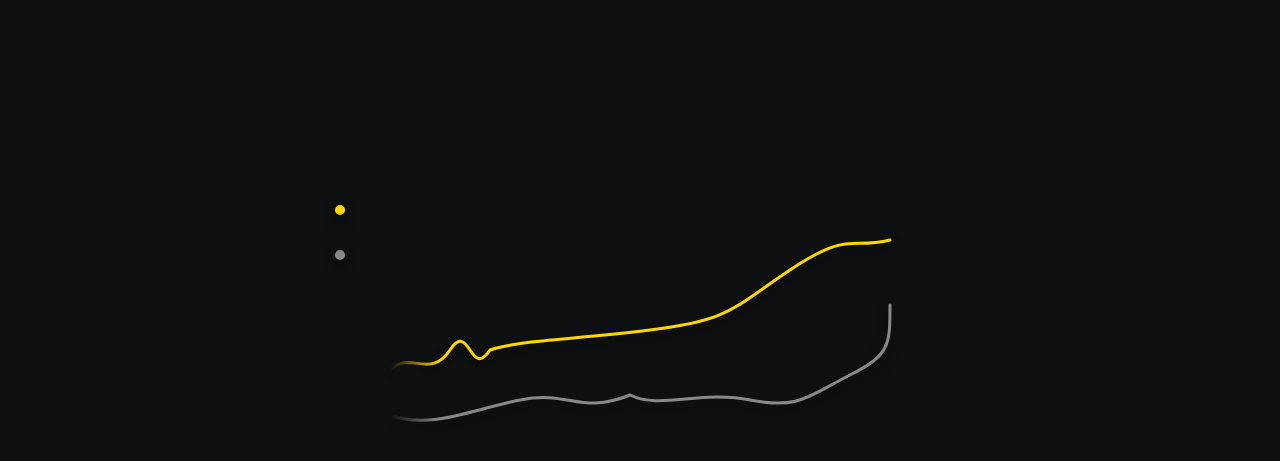
Repository: sujan0629/codelits-studio-new
Page: tesst.html
These files come from the project's save history. The page is drawn as it stood at one moment and after the next save; the edit follows.
The browser window is 1280 px wide. The pictures show the whole page.

Above is the page before, as saved 2025-07-09 19:01:06.

After the next save:
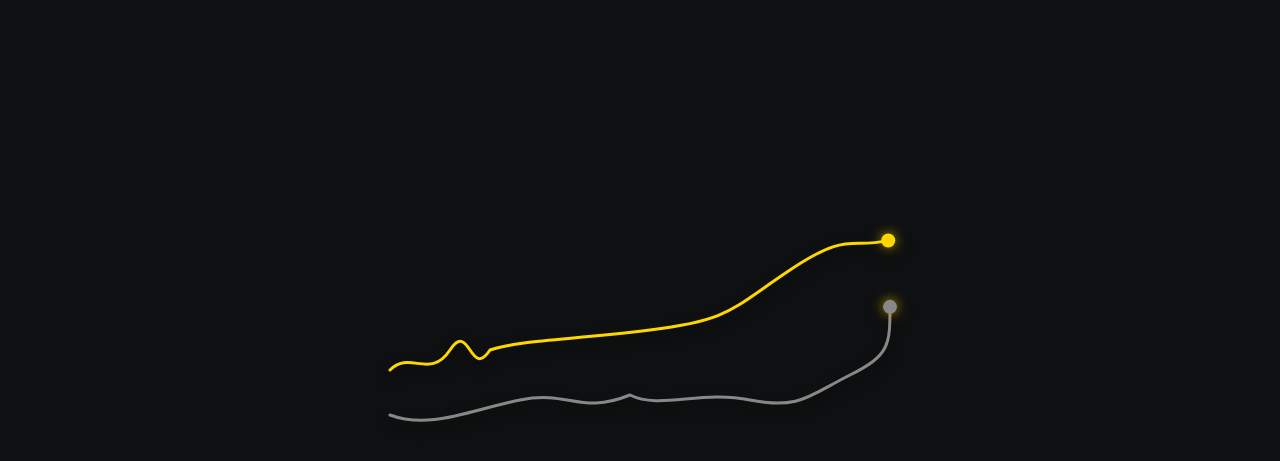
Saved 92 s later.
--- a/tesst.html
+++ b/tesst.html
@@ -3,7 +3,7 @@
 <head>
   <meta charset="UTF-8" />
   <meta name="viewport" content="width=device-width, initial-scale=1" />
-  <title>Graph with Snake Tail Taper Effect - Moving Balls</title>
+  <title>Line with ball attached to tip</title>
   <style>
     body {
       margin: 0;
@@ -13,14 +13,12 @@
       align-items: center;
       height: 100vh;
     }
-
     svg {
       width: 600px;
       height: 300px;
       overflow: visible;
       filter: drop-shadow(0 6px 6px rgba(0,0,0,0.6));
     }
-
     .grey-line, .gold-line {
       stroke-width: 3;
       fill: none;
@@ -28,66 +26,27 @@
       stroke-linecap: round;
       stroke-dasharray: 720;
       stroke-dashoffset: 720;
-      animation: drawLine 5s forwards ease-in-out;
-    }
-
-    .grey-line {
-      stroke: url(#greyGradient);
+      stroke: #888888;
       transform: translateY(45px);
     }
-
     .gold-line {
-      stroke: url(#goldGradient);
+      stroke: #FFD700;
+      transform: none;
     }
-
-    @keyframes drawLine {
-      to {
-        stroke-dashoffset: 0;
-      }
+    .moving-ball {
+      r: 7;
+      filter: drop-shadow(0 0 6px rgba(255, 215, 0, 0.7));
     }
-
-    .moving-ball {
-      r: 5;
+    .grey-ball {
+      fill: #888888;
     }
-
-    .gold-glow {
-      fill: url(#glowGold);
-      opacity: 0.7;
-    }
-
-    .grey-glow {
-      fill: url(#glowGrey);
-      opacity: 0.7;
+    .gold-ball {
+      fill: #FFD700;
     }
   </style>
 </head>
 <body>
   <svg viewBox="0 0 600 300">
-    <defs>
-      <!-- Gradients for glow -->
-      <radialGradient id="glowGold" cx="50%" cy="50%" r="50%">
-        <stop offset="0%" stop-color="#FFD700" stop-opacity="0.7" />
-        <stop offset="100%" stop-color="#FFD700" stop-opacity="0" />
-      </radialGradient>
-      <radialGradient id="glowGrey" cx="50%" cy="50%" r="50%">
-        <stop offset="0%" stop-color="#888888" stop-opacity="0.7" />
-        <stop offset="100%" stop-color="#888888" stop-opacity="0" />
-      </radialGradient>
-
-      <!-- Stroke gradient -->
-      <linearGradient id="goldGradient" x1="0" y1="0" x2="1" y2="0">
-        <stop offset="0%" stop-color="#FFD700" stop-opacity="0" />
-        <stop offset="10%" stop-color="#FFD700" stop-opacity="1" />
-        <stop offset="100%" stop-color="#FFD700" stop-opacity="1" />
-      </linearGradient>
-      <linearGradient id="greyGradient" x1="0" y1="0" x2="1" y2="0">
-        <stop offset="0%" stop-color="#888888" stop-opacity="0" />
-        <stop offset="10%" stop-color="#888888" stop-opacity="1" />
-        <stop offset="100%" stop-color="#888888" stop-opacity="1" />
-      </linearGradient>
-    </defs>
-
-    <!-- Paths -->
     <path id="greyPath" class="grey-line" d="
       M50 160
       C90 175, 130 155, 180 145
@@ -96,7 +55,6 @@
       S470 140, 510 120
       S550 90, 550 50
     " />
-
     <path id="goldPath" class="gold-line" d="
       M50 160
       C70 140, 90 170, 110 140
@@ -106,32 +64,61 @@
       S510 40, 550 30
     " />
 
+    <!-- Balls -->
+    <circle id="greyBall" class="moving-ball grey-ball" r="7" />
+    <circle id="goldBall" class="moving-ball gold-ball" r="7" />
+  </svg>
 
-    <!-- Gold ball -->
-    <circle class="moving-ball" fill="#FFD700">
-      <!-- ⬇︎ duration now 5 s to match drawLine -->
-      <animateMotion dur="5s" repeatCount="1" fill="freeze">
-        <mpath href="#goldPath" />
-      </animateMotion>
-    </circle>
-    <circle class="moving-ball gold-glow">
-      <animateMotion dur="5s" repeatCount="1" fill="freeze">
-        <mpath href="#goldPath" />
-      </animateMotion>
-    </circle>
+  <script>
+    const greyPath = document.getElementById('greyPath');
+    const goldPath = document.getElementById('goldPath');
+    const greyBall = document.getElementById('greyBall');
+    const goldBall = document.getElementById('goldBall');
 
-    <!-- Grey ball -->
-    <circle class="moving-ball" fill="#888888" transform="translate(0, 45)">
-      <animateMotion dur="5s" repeatCount="1" fill="freeze">
-        <mpath href="#greyPath" />
-      </animateMotion>
-    </circle>
-    <circle class="moving-ball grey-glow" transform="translate(0, 45)">
-      <animateMotion dur="5s" repeatCount="1" fill="freeze">
-        <mpath href="#greyPath" />
-      </animateMotion>
-    </circle>
+    // Total length of each path
+    const greyLength = greyPath.getTotalLength();
+    const goldLength = goldPath.getTotalLength();
 
-  </svg>
+    // Animation duration in milliseconds
+    const duration = 5000;
+    let start = null;
+
+    function animate(timestamp) {
+      if (!start) start = timestamp;
+      const elapsed = timestamp - start;
+      const progress = Math.min(elapsed / duration, 1);
+
+      // Calculate current stroke dash offset (drawing the line)
+      const greyOffset = greyLength * (1 - progress);
+      const goldOffset = goldLength * (1 - progress);
+
+      // Update stroke dashoffset to animate drawing line
+      greyPath.style.strokeDashoffset = greyOffset;
+      goldPath.style.strokeDashoffset = goldOffset;
+
+      // Calculate ball positions exactly at the end of the visible path
+      const greyPoint = greyPath.getPointAtLength(greyLength - greyOffset);
+      const goldPoint = goldPath.getPointAtLength(goldLength - goldOffset);
+
+      // Position the balls (grey ball shifted down by 45 as line is translated)
+      greyBall.setAttribute('cx', greyPoint.x);
+      greyBall.setAttribute('cy', greyPoint.y + 45);
+      goldBall.setAttribute('cx', goldPoint.x);
+      goldBall.setAttribute('cy', goldPoint.y);
+
+      if (progress < 1) {
+        requestAnimationFrame(animate);
+      }
+    }
+
+    // Initialize stroke dasharray and dashoffset
+    greyPath.style.strokeDasharray = greyLength;
+    greyPath.style.strokeDashoffset = greyLength;
+    goldPath.style.strokeDasharray = goldLength;
+    goldPath.style.strokeDashoffset = goldLength;
+
+    // Start animation
+    requestAnimationFrame(animate);
+  </script>
 </body>
 </html>

After the save that followed:
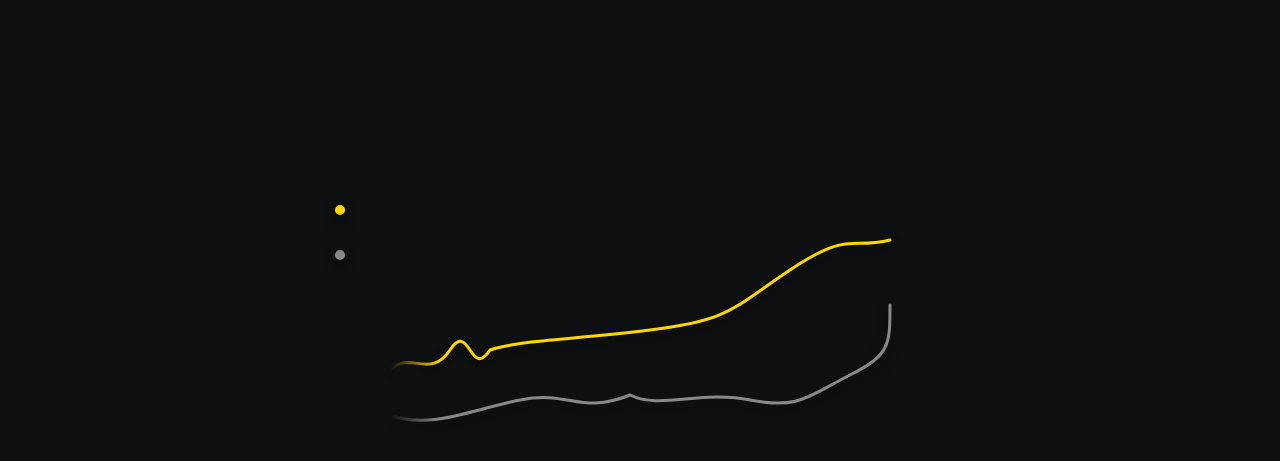
Saved 10 s later.
--- a/tesst.html
+++ b/tesst.html
@@ -3,7 +3,7 @@
 <head>
   <meta charset="UTF-8" />
   <meta name="viewport" content="width=device-width, initial-scale=1" />
-  <title>Line with ball attached to tip</title>
+  <title>Graph with Snake Tail Taper Effect - Moving Balls</title>
   <style>
     body {
       margin: 0;
@@ -13,12 +13,14 @@
       align-items: center;
       height: 100vh;
     }
+
     svg {
       width: 600px;
       height: 300px;
       overflow: visible;
       filter: drop-shadow(0 6px 6px rgba(0,0,0,0.6));
     }
+
     .grey-line, .gold-line {
       stroke-width: 3;
       fill: none;
@@ -26,27 +28,66 @@
       stroke-linecap: round;
       stroke-dasharray: 720;
       stroke-dashoffset: 720;
-      stroke: #888888;
+      animation: drawLine 5s forwards ease-in-out;
+    }
+
+    .grey-line {
+      stroke: url(#greyGradient);
       transform: translateY(45px);
     }
+
     .gold-line {
-      stroke: #FFD700;
-      transform: none;
+      stroke: url(#goldGradient);
     }
+
+    @keyframes drawLine {
+      to {
+        stroke-dashoffset: 0;
+      }
+    }
+
     .moving-ball {
-      r: 7;
-      filter: drop-shadow(0 0 6px rgba(255, 215, 0, 0.7));
+      r: 5;
     }
-    .grey-ball {
-      fill: #888888;
+
+    .gold-glow {
+      fill: url(#glowGold);
+      opacity: 0.7;
     }
-    .gold-ball {
-      fill: #FFD700;
+
+    .grey-glow {
+      fill: url(#glowGrey);
+      opacity: 0.7;
     }
   </style>
 </head>
 <body>
   <svg viewBox="0 0 600 300">
+    <defs>
+      <!-- Gradients for glow -->
+      <radialGradient id="glowGold" cx="50%" cy="50%" r="50%">
+        <stop offset="0%" stop-color="#FFD700" stop-opacity="0.7" />
+        <stop offset="100%" stop-color="#FFD700" stop-opacity="0" />
+      </radialGradient>
+      <radialGradient id="glowGrey" cx="50%" cy="50%" r="50%">
+        <stop offset="0%" stop-color="#888888" stop-opacity="0.7" />
+        <stop offset="100%" stop-color="#888888" stop-opacity="0" />
+      </radialGradient>
+
+      <!-- Stroke gradient -->
+      <linearGradient id="goldGradient" x1="0" y1="0" x2="1" y2="0">
+        <stop offset="0%" stop-color="#FFD700" stop-opacity="0" />
+        <stop offset="10%" stop-color="#FFD700" stop-opacity="1" />
+        <stop offset="100%" stop-color="#FFD700" stop-opacity="1" />
+      </linearGradient>
+      <linearGradient id="greyGradient" x1="0" y1="0" x2="1" y2="0">
+        <stop offset="0%" stop-color="#888888" stop-opacity="0" />
+        <stop offset="10%" stop-color="#888888" stop-opacity="1" />
+        <stop offset="100%" stop-color="#888888" stop-opacity="1" />
+      </linearGradient>
+    </defs>
+
+    <!-- Paths -->
     <path id="greyPath" class="grey-line" d="
       M50 160
       C90 175, 130 155, 180 145
@@ -55,6 +96,7 @@
       S470 140, 510 120
       S550 90, 550 50
     " />
+
     <path id="goldPath" class="gold-line" d="
       M50 160
       C70 140, 90 170, 110 140
@@ -64,61 +106,32 @@
       S510 40, 550 30
     " />
 
-    <!-- Balls -->
-    <circle id="greyBall" class="moving-ball grey-ball" r="7" />
-    <circle id="goldBall" class="moving-ball gold-ball" r="7" />
+
+    <!-- Gold ball -->
+    <circle class="moving-ball" fill="#FFD700">
+      <!-- ⬇︎ duration now 5 s to match drawLine -->
+      <animateMotion dur="5s" repeatCount="1" fill="freeze">
+        <mpath href="#goldPath" />
+      </animateMotion>
+    </circle>
+    <circle class="moving-ball gold-glow">
+      <animateMotion dur="5s" repeatCount="1" fill="freeze">
+        <mpath href="#goldPath" />
+      </animateMotion>
+    </circle>
+
+    <!-- Grey ball -->
+    <circle class="moving-ball" fill="#888888" transform="translate(0, 45)">
+      <animateMotion dur="5s" repeatCount="1" fill="freeze">
+        <mpath href="#greyPath" />
+      </animateMotion>
+    </circle>
+    <circle class="moving-ball grey-glow" transform="translate(0, 45)">
+      <animateMotion dur="5s" repeatCount="1" fill="freeze">
+        <mpath href="#greyPath" />
+      </animateMotion>
+    </circle>
+
   </svg>
-
-  <script>
-    const greyPath = document.getElementById('greyPath');
-    const goldPath = document.getElementById('goldPath');
-    const greyBall = document.getElementById('greyBall');
-    const goldBall = document.getElementById('goldBall');
-
-    // Total length of each path
-    const greyLength = greyPath.getTotalLength();
-    const goldLength = goldPath.getTotalLength();
-
-    // Animation duration in milliseconds
-    const duration = 5000;
-    let start = null;
-
-    function animate(timestamp) {
-      if (!start) start = timestamp;
-      const elapsed = timestamp - start;
-      const progress = Math.min(elapsed / duration, 1);
-
-      // Calculate current stroke dash offset (drawing the line)
-      const greyOffset = greyLength * (1 - progress);
-      const goldOffset = goldLength * (1 - progress);
-
-      // Update stroke dashoffset to animate drawing line
-      greyPath.style.strokeDashoffset = greyOffset;
-      goldPath.style.strokeDashoffset = goldOffset;
-
-      // Calculate ball positions exactly at the end of the visible path
-      const greyPoint = greyPath.getPointAtLength(greyLength - greyOffset);
-      const goldPoint = goldPath.getPointAtLength(goldLength - goldOffset);
-
-      // Position the balls (grey ball shifted down by 45 as line is translated)
-      greyBall.setAttribute('cx', greyPoint.x);
-      greyBall.setAttribute('cy', greyPoint.y + 45);
-      goldBall.setAttribute('cx', goldPoint.x);
-      goldBall.setAttribute('cy', goldPoint.y);
-
-      if (progress < 1) {
-        requestAnimationFrame(animate);
-      }
-    }
-
-    // Initialize stroke dasharray and dashoffset
-    greyPath.style.strokeDasharray = greyLength;
-    greyPath.style.strokeDashoffset = greyLength;
-    goldPath.style.strokeDasharray = goldLength;
-    goldPath.style.strokeDashoffset = goldLength;
-
-    // Start animation
-    requestAnimationFrame(animate);
-  </script>
 </body>
 </html>
